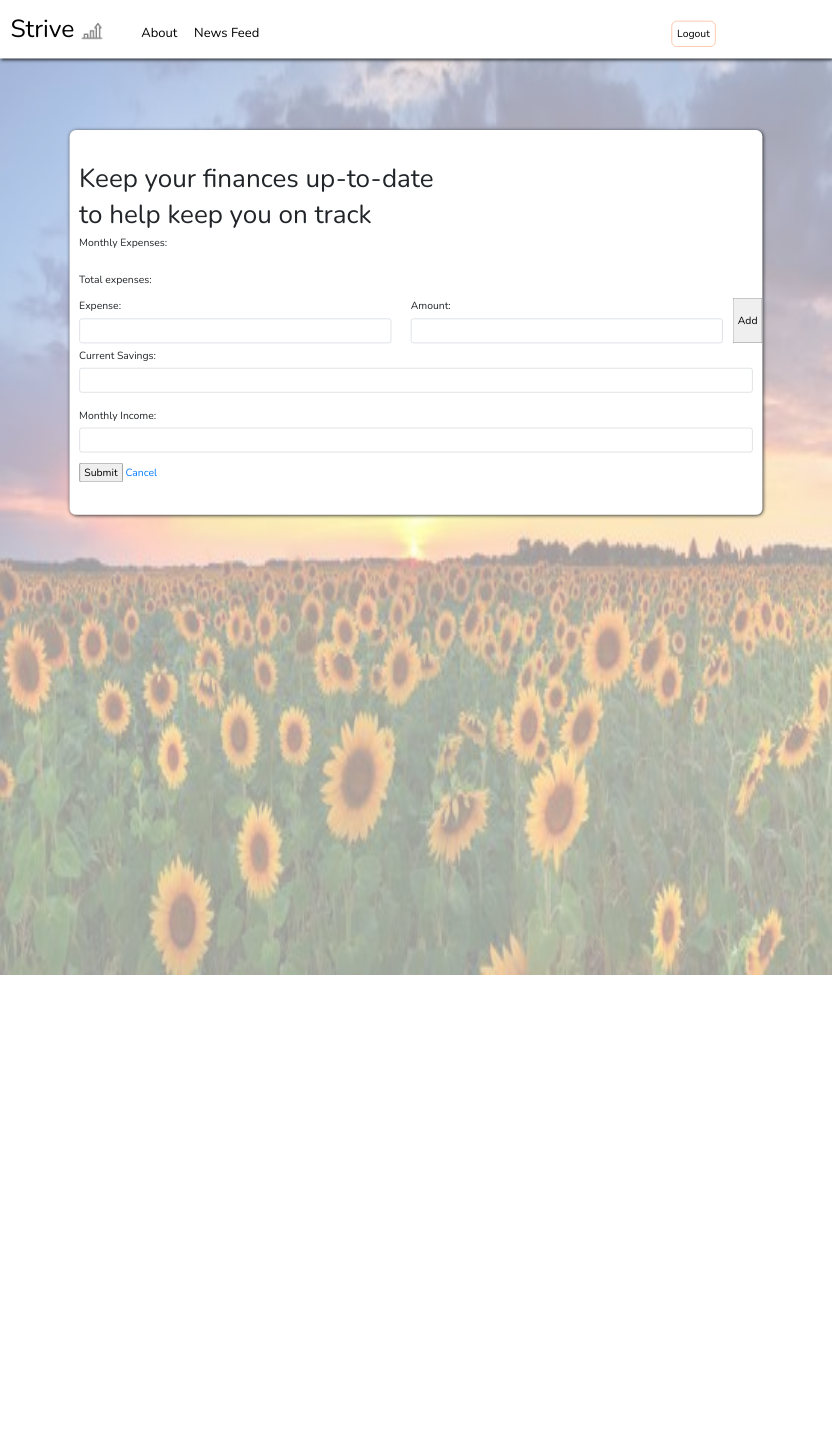
Repository: NoraOK/Strive
Page: http://localhost/strive/WEB-INF/strive/ie.jsp
An editor plug-in stored every save of this project. The page is shown before and after the next save, followed by the edit.
The browser window is 1280 px wide. The pictures show the whole page, at 65% of full size.
The page is served by Tomcat 9. Nobody is signed in. Other server files are loaded and not shown. The template is opened directly, without the code that normally fills it, so the values that code supplies are empty.

Above is the page before, as saved 2019-12-20 18:07:43.

### strive/src/main/webapp/WEB-INF/strive/ie.jsp
<%@ page language="java" contentType="text/html; charset=UTF-8"
	pageEncoding="UTF-8"%>
<%@ taglib prefix="form" uri="http://www.springframework.org/tags/form"%>
<%@ taglib prefix="c" uri="http://java.sun.com/jsp/jstl/core"%>
<%@ taglib prefix = "fmt" uri = "http://java.sun.com/jsp/jstl/fmt" %>

<!DOCTYPE html>

<html>
<head>
<meta charset="UTF-8">
<title>Strive | Personal Finances</title>
	<link rel="stylesheet"
	href="https://stackpath.bootstrapcdn.com/bootstrap/4.3.1/css/bootstrap.min.css"
	integrity="sha384-ggOyR0iXCbMQv3Xipma34MD+dH/1fQ784/j6cY/iJTQUOhcWr7x9JvoRxT2MZw1T"
	crossorigin="anonymous">
	<link href="/css/ie.css" rel="stylesheet" type="text/css" />
	<link href="https://fonts.googleapis.com/css?family=Nunito:200,400,700&display=swap" rel="stylesheet">
</head>
<body>
	<div>
		<jsp:include page="header.jsp"/>
	</div>
	<div class="body">
		<img src="/images/flowers.jpg">
		<div class="container col-10 spotlight">
		<p class="h1">Keep your finances up-to-date</p>
		<p class="h1">to help keep you on track</p>
		<p>Monthly Expenses:</p>
		<table class="table col-4">
			<tbody>

				<c:forEach items="${user.user_expenses}" var="userExpense">
					<tr>
					<td><c:out value="${userExpense.name}"/></td>
					<td><fmt:formatNumber value="${userExpense.amount}" type="currency"/></td>
					<td>
						<form action="/deleteUserExpense/${userExpense.id}" method="post">
							<input type="hidden" name="_method" value="delete">
							<input type="submit" value="Delete">
						</form>
					</td>
					</tr>
				</c:forEach>
			</tbody>
		</table>
		<p class="label">Total expenses: <fmt:formatNumber value="${user.totalUserExpense}" type="currency"/></p>
		<form:form action="/addUserExpense" method="post" modelAttribute="userExpense" class="row">
			<form:hidden path="user" value="${user.id}"/>
			<div class="col">
				<form:label path="name">Expense:</form:label>
				<form:input path="name" type="text" class="form-control"/>
			</div>
			<div class="col">
				<form:label path="amount">Amount:</form:label>
				<form:input path="amount" type="text" class="form-control"/>
			</div>
				<input type="submit" value="Add"/>
		</form:form>
		<form action="/strive/updateFinances" method="post">
			<p>
				<label class="lead col-form-label">Current Savings: </label>
				<input name="currentBalance" type="number" class="form-control" />
			</p>
			<p>
				<label class="lead col-form-label">Monthly Income: </label>
				<input name="currentIncome" type="number" class="form-control" />
			</p>
			<input class="" type="submit" value="Submit" />
			<a class="" href="/home">Cancel</a>
		</form>
		</div>
	</div>
</body>
</html>

### strive/src/main/webapp/WEB-INF/strive/header.jsp
<%@ page language="java" contentType="text/html; charset=UTF-8"
    pageEncoding="UTF-8"%>
<%@ taglib prefix="c" uri="http://java.sun.com/jsp/jstl/core"%>

<!DOCTYPE html>
<html>
<head>
<meta charset="UTF-8">
<title>Insert title here</title>
	<link rel="stylesheet" href="https://stackpath.bootstrapcdn.com/bootstrap/4.3.1/css/bootstrap.min.css" integrity="sha384-ggOyR0iXCbMQv3Xipma34MD+dH/1fQ784/j6cY/iJTQUOhcWr7x9JvoRxT2MZw1T" crossorigin="anonymous">
	<link href="/css/header.css" rel="stylesheet" type="text/css"/>
	<link href="https://fonts.googleapis.com/css?family=Nunito&display=swap" rel="stylesheet">
</head>
<body>
	<header class="p-3">
		<div class="logo d-inline">
			<a class="d-inline strive" href="/">Strive <img class="header_img" src="/images/icon2.png" alt=""></a>
			<div class="d-inline links pl-5">
				<a class="d-inline link" href="">About</a>
				<a class="d-inline link pl-3" href="/feed">News Feed</a>
				<c:choose>
					<c:when test="${user.goals.size() > 0}">
						<a class="d-inline link pl-3" href="/allGoals">Your Goals</a>
					</c:when>
				</c:choose>
			</div>
		</div>
		<div class="buttons d-inline">
			<a href="/logout" class="logout_button">Logout</a>
		</div>
	</header>
</body>
</html>

### strive/src/main/resources/static/css/ie.css
.body {
	padding-top: 200px;
    position: relative;
    overflow: hidden;
    height: 2200px;
    font-family:'Nunito', sans-serif;

}

.body img {
	background-color: rgba(232,114,17,1.0);
    position: absolute;
    left: 0;
    top: 0;
    width: 100%;
    height: 1500px;
    opacity: 0.4;
}

.spotlight{
	background-color: white;
	border-radius: 10px;
	box-shadow: 1px 1px 6px;
	padding: 50px;
	padding-left: 50px;

}

.h11{
	font-size: 30px;
	font-weight: 200;

}

### strive/src/main/resources/static/css/header.css
header{
	box-shadow: 2px 2px 5px;
	height: 90px;
	z-index: 10;
    position: fixed;
    width: 100%;
    font-family:'Nunito', sans-serif;
    background-color: white;
}
.strive{
	text-decoration: none;
	color: black;
}

.logo{
	font-size: 38px;

}
.header_img{
	background-color: white;
	width: 35px;
	opacity: .5;
}

.button{
	font-size: 17px;
	color: black;
}

.link {
	font-size: 20px;
	color: black;
}

a:link {
  text-decoration: none;
}

a:visited {
  text-decoration: none;
}

a:hover {
  text-decoration: none;
}

.logout_button{
	border: solid 1.5px #F9AD86;
	border-radius: 8px;
	padding:  8px;
	color: black;
}

.logout_button:hover {
	background-color: #F9AD86;
	color: white;
}

.buttons{
	margin-left: 50%;
}

.home_button{
	color: black;
}

After the next save:
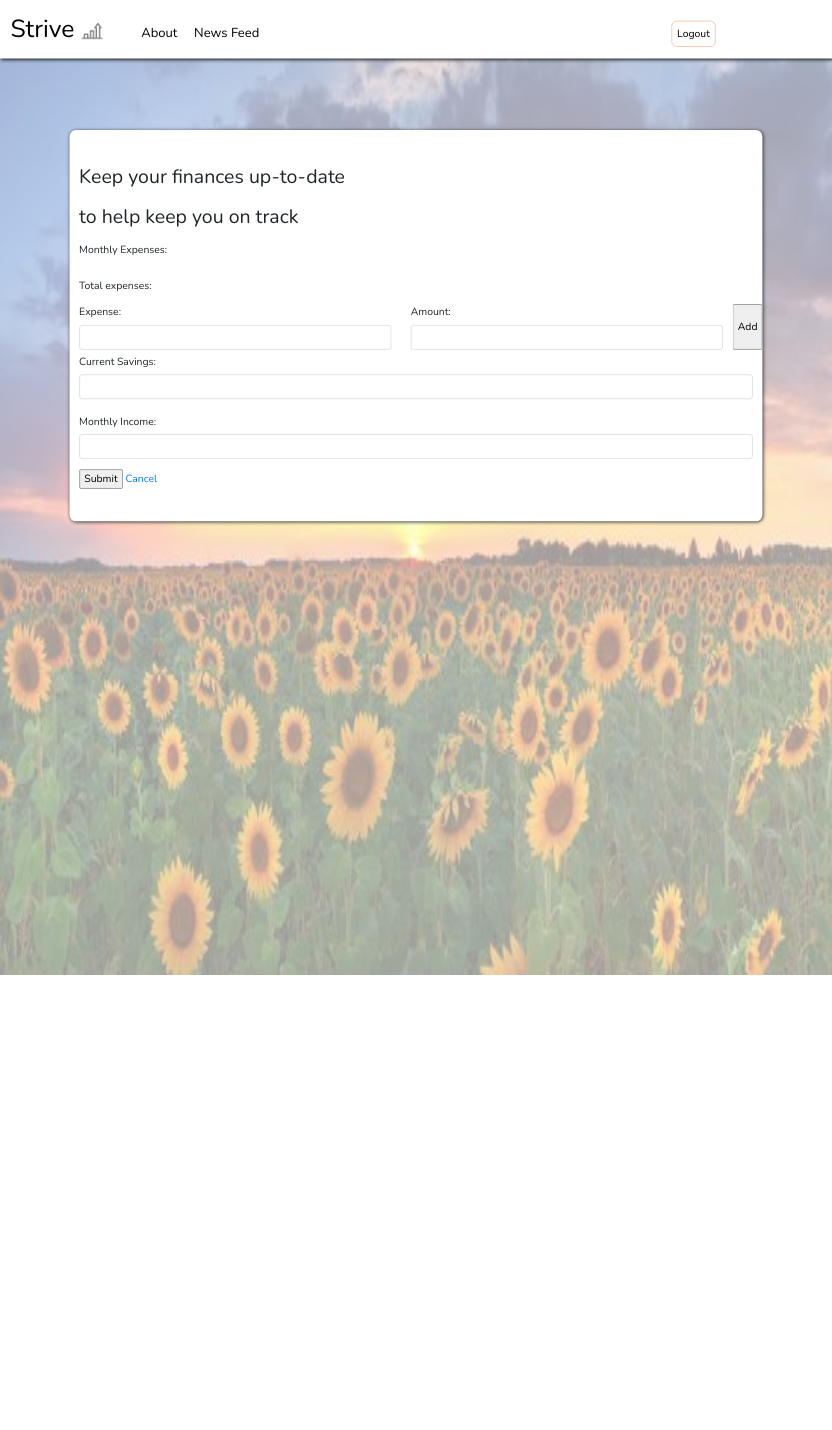
Saved 1 s later.
--- a/strive/src/main/webapp/WEB-INF/strive/ie.jsp
+++ b/strive/src/main/webapp/WEB-INF/strive/ie.jsp
@@ -24,8 +24,8 @@
 	<div class="body">
 		<img src="/images/flowers.jpg">
 		<div class="container col-10 spotlight">
-		<p class="h1">Keep your finances up-to-date</p>
-		<p class="h1">to help keep you on track</p>
+		<p class="h11">Keep your finances up-to-date</p>
+		<p class="h11">to help keep you on track</p>
 		<p>Monthly Expenses:</p>
 		<table class="table col-4">
 			<tbody>
@@ -48,11 +48,11 @@
 		<form:form action="/addUserExpense" method="post" modelAttribute="userExpense" class="row">
 			<form:hidden path="user" value="${user.id}"/>
 			<div class="col">
-				<form:label path="name">Expense:</form:label>
+				<form:label path="name" class="label">Expense:</form:label>
 				<form:input path="name" type="text" class="form-control"/>
 			</div>
 			<div class="col">
-				<form:label path="amount">Amount:</form:label>
+				<form:label path="amount" class="label">Amount:</form:label>
 				<form:input path="amount" type="text" class="form-control"/>
 			</div>
 				<input type="submit" value="Add"/>
